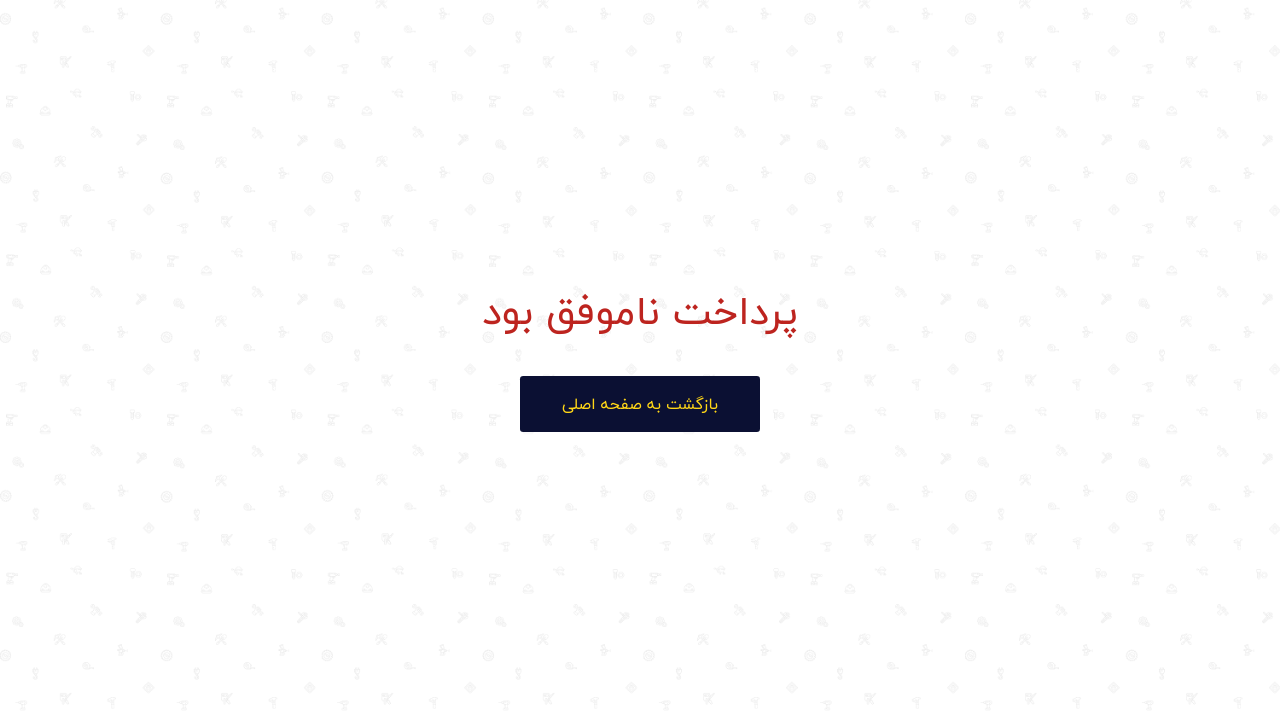
Repository: nightwolf-041/pisheyar-panel-user
Page: /payment
An editor plug-in stored every save of this project. The page is shown before and after the next save, followed by the edit.
The browser window is 1280 px wide. The pictures show the whole page.
The project was rebuilt for these pictures with package versions that can differ from the ones it lists, and the page was loaded fresh each time. Also part of the build but not shown: src/components/privateRoutes/PrivateRoute.jsx, src/components/privateRoutes/PrivateRouteLogin.jsx, src/components/notfound/NotFound.jsx.

Above is the page before, as saved 2020-07-23 16:02:49.

### public/index.html
<!DOCTYPE html>
<html lang="fa">

<head>
    <meta charset="utf-8" />
    <link rel="icon" href="%PUBLIC_URL%/favicon.ico" />
    <meta name="viewport" content="width=device-width, initial-scale=1" />
    <meta name="theme-color" content="#000000" />
    <meta name="description" content="اولین سامانه ارتباط دهنده مستقیم بین خدمات دهنده و گیرنده صنعتی" />
    <link rel="apple-touch-icon" href="%PUBLIC_URL%/logo192.png" />
    <!--
      manifest.json provides metadata used when your web app is installed on a
      user's mobile device or desktop. See https://developers.google.com/web/fundamentals/web-app-manifest/
    -->
    <link rel="manifest" href="%PUBLIC_URL%/manifest.json" />
    <!--
      Notice the use of %PUBLIC_URL% in the tags above.
      It will be replaced with the URL of the `public` folder during the build.
      Only files inside the `public` folder can be referenced from the HTML.

      Unlike "/favicon.ico" or "favicon.ico", "%PUBLIC_URL%/favicon.ico" will
      work correctly both with client-side routing and a non-root public URL.
      Learn how to configure a non-root public URL by running `npm run build`.
    -->
    <title>پنل کاربری پیشه پلاس</title>
</head>

<body>
    <noscript>You need to enable JavaScript to run this app.</noscript>
    <div id="root"></div>
    <!--
      This HTML file is a template.
      If you open it directly in the browser, you will see an empty page.

      You can add webfonts, meta tags, or analytics to this file.
      The build step will place the bundled scripts into the <body> tag.

      To begin the development, run `npm start` or `yarn start`.
      To create a production bundle, use `npm run build` or `yarn build`.
    -->
</body>

</html>

### src/index.js
import React from 'react';
import ReactDOM from 'react-dom';
import './index.css';
import App from './App';
import { CookiesProvider } from 'react-cookie';
import * as serviceWorker from './serviceWorker';

import 'bootstrap/dist/css/bootstrap.min.css'
import 'react-perfect-scrollbar/dist/css/styles.css';

ReactDOM.render(
  <React.StrictMode>
    <CookiesProvider>
      <App />
    </CookiesProvider>
  </React.StrictMode>,
  document.getElementById('root')
);

// If you want your app to work offline and load faster, you can change
// unregister() to register() below. Note this comes with some pitfalls.
// Learn more about service workers: https://bit.ly/CRA-PWA
serviceWorker.unregister();

### src/index.css
@font-face {
    font-family: Yekan;
    src: url('./assets/fonts/iran-yekan/iranyekan.woff')
}

*,
* * {
    font-family: Yekan !important;
}

html {
    overflow: hidden !important;
}

body {
    margin: 0 auto;
    font-family: Yekan !important;
    overflow: hidden !important;
}

#root {
    overflow: hidden !important;
}

code {
    font-family: source-code-pro, Menlo, Monaco, Consolas, 'Courier New', monospace;
}

### src/App.js
import React, {lazy, Suspense, Component} from 'react';
import axios from 'axios'
import { BrowserRouter, Switch, Route, Redirect } from 'react-router-dom'
import { useCookies } from 'react-cookie';
import PrivateRoute from './components/privateRoutes/PrivateRoute'
import PrivateRouteLogin from './components/privateRoutes/PrivateRouteLogin'
import NotFound from './components/notfound/NotFound'
import './App.css';

const PaymentPage = lazy(() => import('./components/paymentPage/PaymentPage'))
const LoginPage = lazy(() => import('./components/login/Login'))
const ClientChat = lazy(() => import('./components/clientChat/ClientChat'))
const ContractorChat = lazy(() => import('./components/contractorChat/ContractorChat'))


function App() {

  const [cookies, setCookie, removeCookie] = useCookies(['token', 'contractorOrClient']);

  axios.interceptors.response.use(response => {
    return response;
  }, error => {
    if (error.response.status === 401) {
      removeCookie('token', {path: '/'})
    }
    return error;
  });


  return (
    <BrowserRouter>
      <React.Fragment>
        <Switch>
          <BrowserRouter>
            <React.Fragment>
              <Switch>
                <Route path="/payment" exact render={() => (
                  <Suspense fallback={<div className="lds-dual-ring"></div>}>
                    <PaymentPage />
                  </Suspense>
                )} />
                <PrivateRoute path="/" exact
                component={ClientChat} component2={ContractorChat} />
                <PrivateRouteLogin path="/login" exact component={LoginPage} />
                <Route component={NotFound} />
              </Switch>
            </React.Fragment>
          </BrowserRouter>
        </Switch>
      </React.Fragment>
    </BrowserRouter>
  );
}

export default App;

### src/App.css
@font-face {
    font-family: Yekan;
    src: url('./assets/fonts/iran-yekan/iranyekan.woff')
}

html,
body {
    overflow: hidden !important;
}

#root {
    overflow: hidden !important;
}

*,
* * {
    font-family: Yekan !important;
}

button {
    outline: none !important;
}

.Toastify__toast-body {
    font-weight: Yekan !important;
    text-align: right !important;
}

.react-code-input input {
    padding: 0 !important;
    text-align: center !important;
    font-size: 1.2rem !important;
}

.lds-dual-ring {
    display: -webkit-box;
    display: -webkit-flex;
    display: -moz-box;
    display: -ms-flexbox;
    display: flex;
    -webkit-box-pack: center;
    -webkit-justify-content: center;
    -moz-box-pack: center;
    -ms-flex-pack: center;
    justify-content: center;
    -webkit-box-align: center;
    -webkit-align-items: center;
    -moz-box-align: center;
    -ms-flex-align: center;
    align-items: center;
    width: 150px;
    height: 150px;
    position: fixed;
    top: 30%;
    left: -webkit-calc(50% - 75px);
    left: -moz-calc(50% - 75px);
    left: calc(50% - 75px);
    -moz-transform: translateZ(0);
    transform: translateZ(0);
    -webkit-transform: translateZ(0);
    -ms-transform: translateZ(0);
    -o-transform: translateZ(0);
}

.lds-dual-ring:after {
    content: " ";
    display: block;
    width: 64px;
    height: 64px;
    margin: 8px;
    -webkit-border-radius: 50%;
    -moz-border-radius: 50%;
    border-radius: 50%;
    border: 6px solid #fff;
    border-color: #0b1033 transparent #ffd617 transparent;
    animation: lds-dual-ring 1.2s linear infinite;
    -webkit-animation: lds-dual-ring 1.2s linear infinite;
    -moz-animation: lds-dual-ring 1.2s linear infinite;
    -o-animation: lds-dual-ring 1.2s linear infinite;
}

@keyframes lds-dual-ring {
    0% {
        -webkit-transform: rotate(0deg);
        -moz-transform: rotate(0deg);
        -o-transform: rotate(0deg);
        transform: rotate(0deg);
    }
    100% {
        -webkit-transform: rotate(360deg);
        -moz-transform: rotate(360deg);
        -o-transform: rotate(360deg);
        transform: rotate(360deg);
    }
}

@-webkit-keyframes lds-dual-ring {
    0% {
        -webkit-transform: rotate(0deg);
        transform: rotate(0deg);
    }
    100% {
        -webkit-transform: rotate(360deg);
        transform: rotate(360deg);
    }
}

@-moz-keyframes lds-dual-ring {
    0% {
        -moz-transform: rotate(0deg);
        transform: rotate(0deg);
    }
    100% {
        -moz-transform: rotate(360deg);
        transform: rotate(360deg);
    }
}

@-o-keyframes lds-dual-ring {
    0% {
        -o-transform: rotate(0deg);
        transform: rotate(0deg);
    }
    100% {
        -o-transform: rotate(360deg);
        transform: rotate(360deg);
    }
}

### src/components/paymentPage/PaymentPage.jsx
import React, {useEffect, useState} from 'react'
import {withRouter} from 'react-router-dom'
import classes from './paymentPage.module.css'

function PaymentPage(props) {

    let [paymentState, setPaymentState] = useState(true)

    useEffect(() => {
        console.log(props.location);
        if(props.location.query !== undefined && props.location.query !== null) {
            console.log(paymentState)
            console.log(props.location.query)
            console.log(props.match.params)
            setPaymentState(props.location.query.result)
        }else{
            // props.history.replace('/')
        }
        // if(props.match.params !== undefined && props.match.params !== null) {
        //     if(props.match.params.result !== undefined && props.match.params.result !== null) {
        //         setPaymentState(props.location.query.result)
        //     }
        // }else{
        //     props.history.replace('/')
        // }
    }, [])

    const redirectToHome = () => {
        props.history.replace('/')
    }

    return (
        <div className={classes.paymentPageMain}>
            {
                paymentState === 'successful' ?
                <h2 className={classes.paymentPageResultSuccess}>
                    پرداخت موفق بود
                </h2>
                :
                <h2 className={classes.paymentPageResultFail}>
                    پرداخت ناموفق بود
                </h2>
            }
            <button type="button" className={classes.paymentPageButton}
            onClick={redirectToHome}>
                بازگشت به صفحه اصلی
            </button>
        </div>
    )
}

export default withRouter(PaymentPage)

### src/components/paymentPage/paymentPage.module.css
.paymentPageMain {
    width: 100%;
    height: 100vh;
    display: flex;
    flex-direction: column;
    justify-content: center;
    align-items: center;
    background-image: url('../../assets/images/WideBackgroundMenupage.svg');
    background-position: center;
    background-size: cover;
    background-repeat: no-repeat;
}

.paymentPageResultSuccess {
    width: 100%;
    text-align: center;
    font-size: 2.5rem;
    color: rgb(31, 189, 65);
    padding: 0 0.5rem;
}

.paymentPageResultFail {
    width: 100%;
    text-align: center;
    font-size: 2.5rem;
    color: rgb(189, 36, 31);
    padding: 0 0.5rem;
}

.paymentPageButton {
    font-family: Yekan;
    width: 15rem;
    padding: 1rem 1rem;
    background-color: #0b1033;
    border: none;
    border-radius: 0.2rem;
    outline: none;
    color: #ffd617;
    font-size: 1rem;
    transition: all 0.2s ease-in;
    margin-top: 2rem;
}

.paymentPageButton:hover {
    background-color: #0b1033d5;
    transition: all 0.2s ease-in;
}

Loaded but not shown: src/serviceWorker.js (common file)

After the next save:
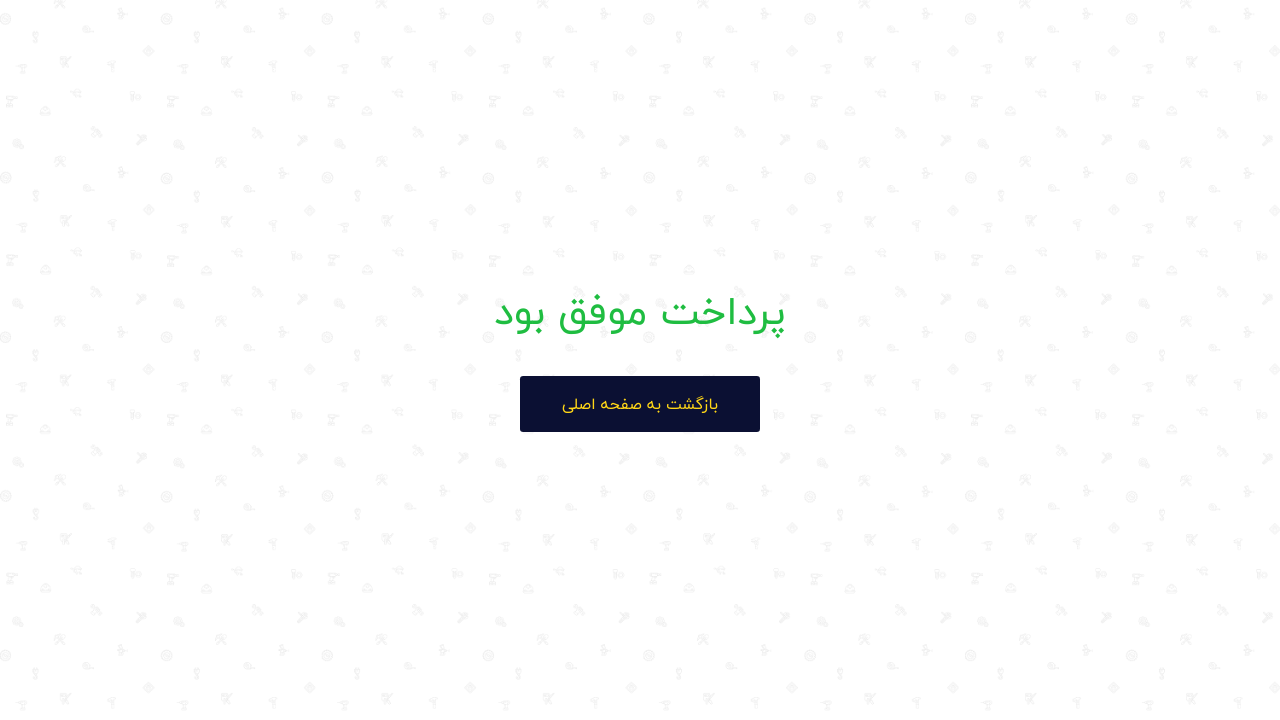
Saved 18 s later.
--- a/src/components/paymentPage/PaymentPage.jsx
+++ b/src/components/paymentPage/PaymentPage.jsx
@@ -4,7 +4,7 @@
 
 function PaymentPage(props) {
 
-    let [paymentState, setPaymentState] = useState(true)
+    let [paymentState, setPaymentState] = useState('successful')
 
     useEffect(() => {
         console.log(props.location);

After the save that followed:
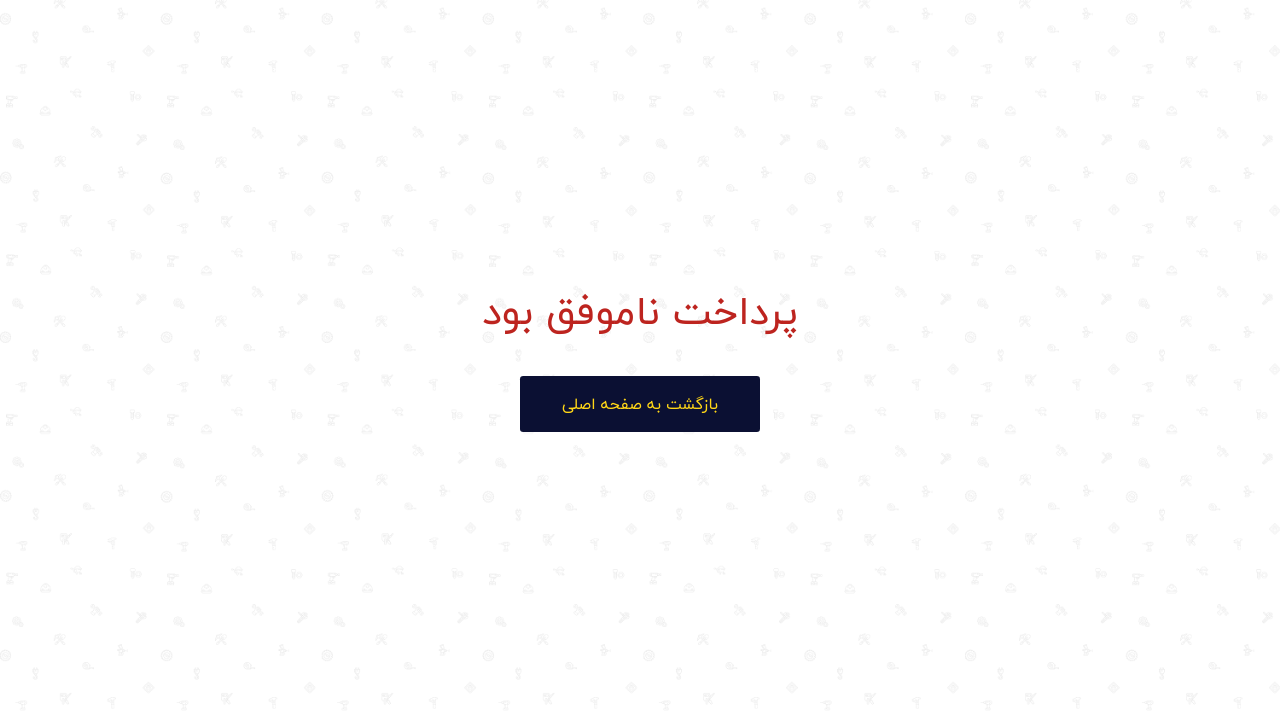
Saved 27 s later.
--- a/src/components/paymentPage/PaymentPage.jsx
+++ b/src/components/paymentPage/PaymentPage.jsx
@@ -4,7 +4,7 @@
 
 function PaymentPage(props) {
 
-    let [paymentState, setPaymentState] = useState('successful')
+    let [paymentState, setPaymentState] = useState()
 
     useEffect(() => {
         console.log(props.location);
